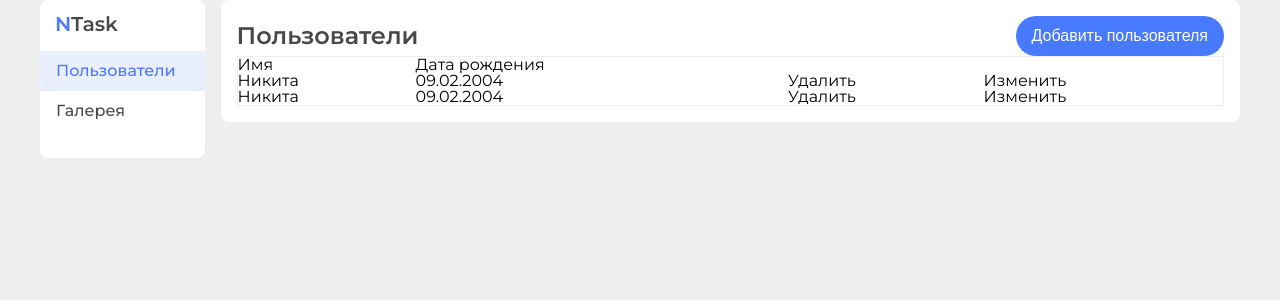
Repository: Grid-Master/NTask
Page: /
An editor plug-in stored every save of this project. The page is shown before and after the next save, followed by the edit.
The browser window is 1280 px wide. The pictures show the whole page.
The project was rebuilt for these pictures with package versions that can differ from the ones it lists, and the page was loaded fresh each time.

Above is the page before, as saved 2023-06-04 19:31:32.

After the next save:
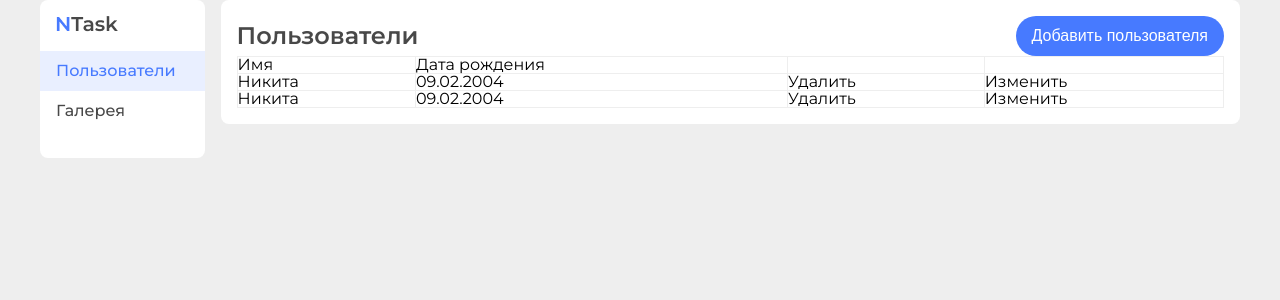
Saved 13 h 39 min later.
--- a/src/components/userList/userList.sass
+++ b/src/components/userList/userList.sass
@@ -30,3 +30,5 @@
         width: 100%
         border: 1px solid #EEEEEE
         border-collapse: collapse
+        td
+            border: 1px solid #EEEEEE
